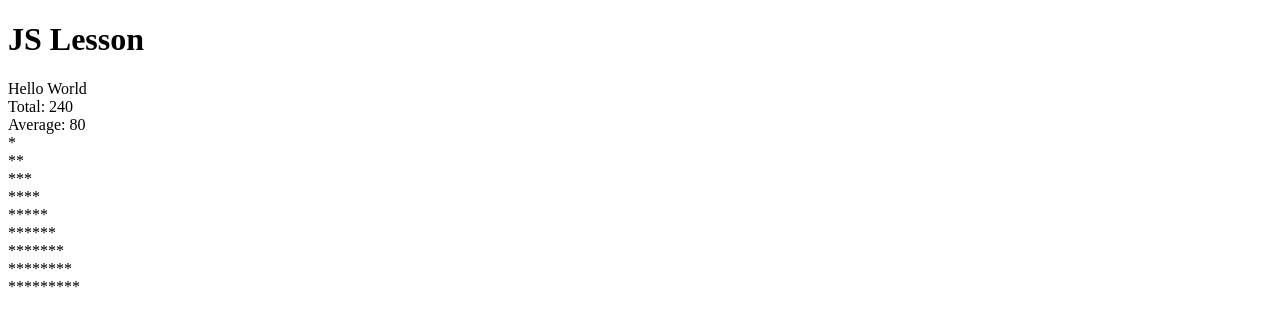
Repository: Haakim19/JavaScript
Page: index2.html
An editor plug-in stored every save of this project. The page is shown before and after the next save, followed by the edit.
The browser window is 1280 px wide. The pictures show the whole page.

Above is the page before, as saved 2024-11-06 15:27:37.

### index2.html
<!DOCTYPE html>
<html lang="en">
<head>
    <meta charset="UTF-8">
    <meta name="viewport" content="width=device-width, initial-scale=1.0">
    <title>JavaScript-lesson</title>
</head>
<body>
    <h1>JS Lesson</h1>
    <script>
        // alert('Hello World');
        console.log('Hello World');
        document.write('Hello World');
        var sub1 = 70;
        var sub2 = 80;
        var sub3 = 90;
        var total = sub1 + sub2 + sub3;
        var avg = total / 3;
        document.write('<br>');
        document.write('Total: ' + total);
        document.write('<br>');
        document.write('Average: ' + avg);
        for (let i = 0; i < 10; i++) {
            for (let j = 0 ; j < i; j++){
                document.write('*');
            }
            document.write('<br>');

        }
    </script>
</body>
</html>

After the next save:
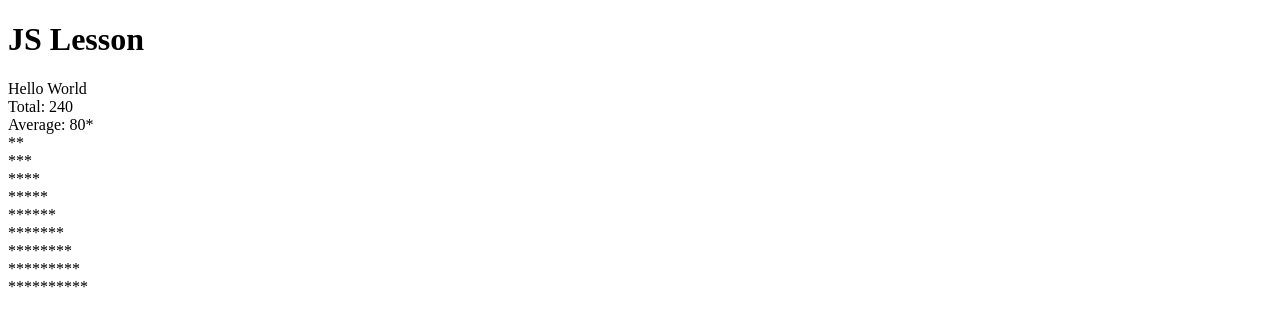
Saved 21 s later.
--- a/index2.html
+++ b/index2.html
@@ -21,7 +21,7 @@
         document.write('<br>');
         document.write('Average: ' + avg);
         for (let i = 0; i < 10; i++) {
-            for (let j = 0 ; j < i; j++){
+            for (let j = 0 ; j <= i; j++){
                 document.write('*');
             }
             document.write('<br>');

After the save that followed:
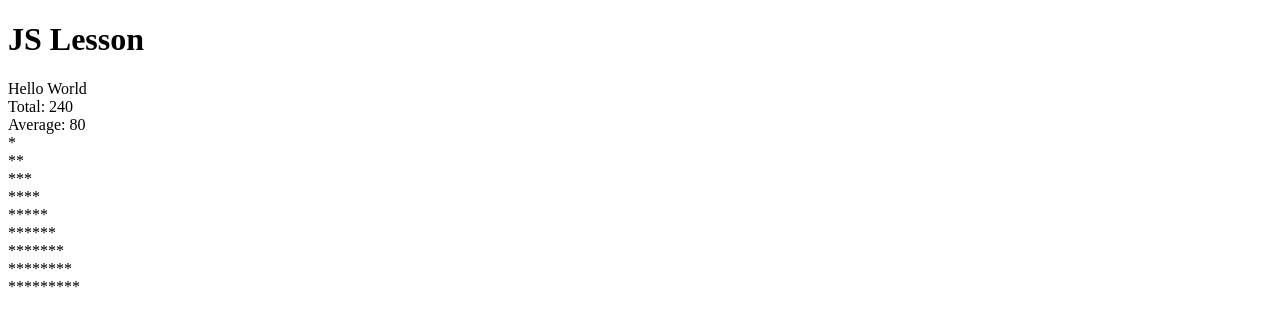
Saved 8 s later.
--- a/index2.html
+++ b/index2.html
@@ -21,7 +21,7 @@
         document.write('<br>');
         document.write('Average: ' + avg);
         for (let i = 0; i < 10; i++) {
-            for (let j = 0 ; j <= i; j++){
+            for (let j = 0 ; j < i; j++){
                 document.write('*');
             }
             document.write('<br>');
